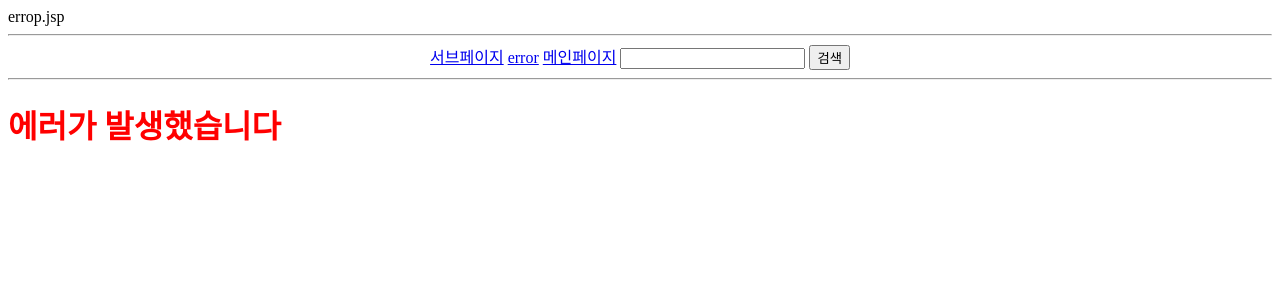
Repository: ryu1917/jsp
Page: http://localhost/jsp02/error/error.jsp
An editor plug-in stored every save of this project. The page is shown before and after the next save, followed by the edit.
The browser window is 1280 px wide. The pictures show the whole page.
The page is served by Tomcat 9.

Above is the page before, as saved 2021-04-21 08:24:57.

After the next save:
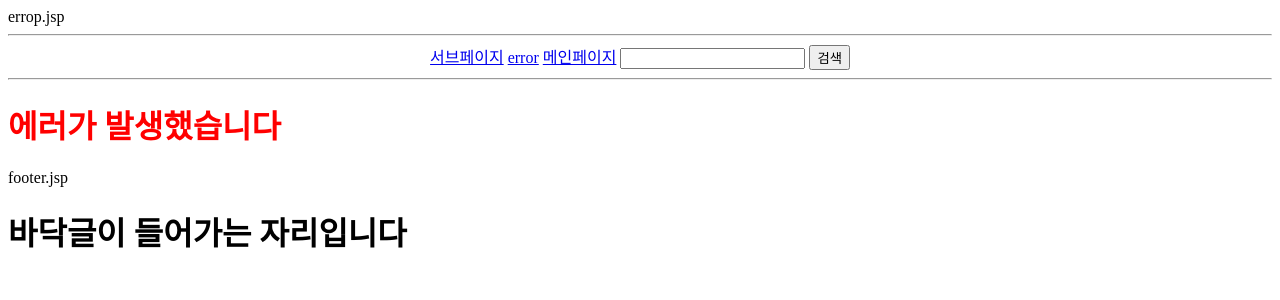
Saved 19 s later.
--- a/workspace/jsp02/src/main/webapp/error/error.jsp
+++ b/workspace/jsp02/src/main/webapp/error/error.jsp
@@ -12,6 +12,6 @@
 <hr>
 
 	<h1 style="color:red;">에러가 발생했습니다</h1>
-
+<%@ include file="../footer.jsp" %>
 </body>
 </html>
